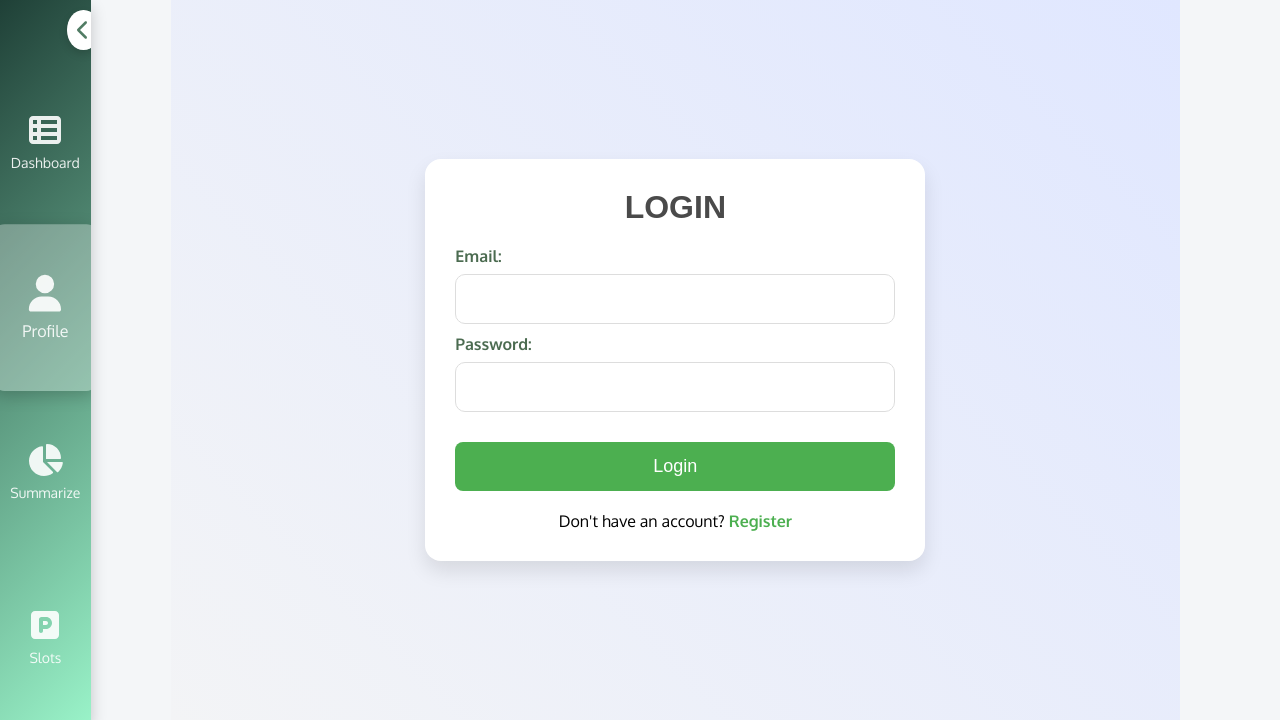
Repository: minhnhat2803/Thesis-Web-Mobile
Page: /slots (app in client/)
These files come from the project's save history. The page is drawn as it stood at one moment and after the next save; the edit follows.
The browser window is 1280 px wide. The pictures show the whole page.
The project was rebuilt for these pictures with package versions that can differ from the ones it lists, and the page was loaded fresh each time. Also part of the build but not shown: client/vite.config.js, client/src/styles/Header.module.css, client/src/components/Header.jsx, client/src/styles/pages/Dashboard.module.css, client/src/actions/index.js, client/src/components/Dashboard.jsx, client/src/styles/Table.module.css, client/src/components/Table.jsx and 3 more.

Above is the page before, as saved 2025-01-03 20:36:18.

After the next save:
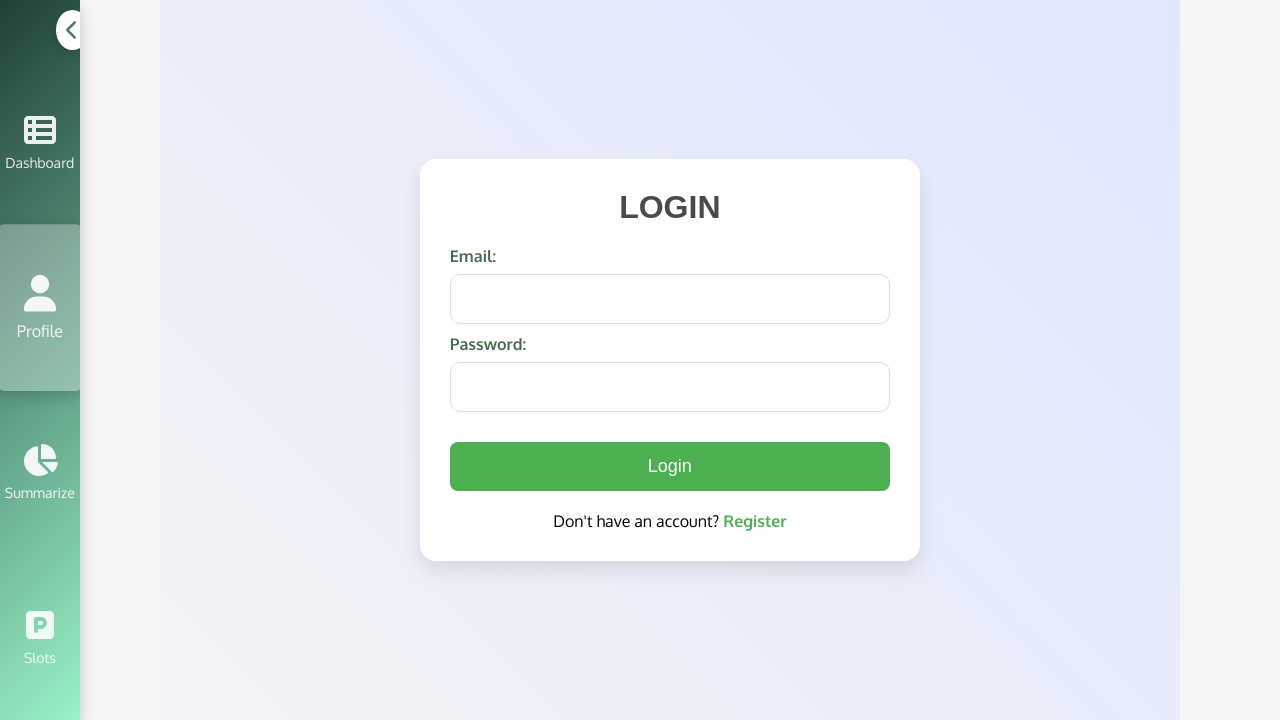
Saved 23 s later.
--- a/client/src/styles/TabBar.module.css
+++ b/client/src/styles/TabBar.module.css
@@ -1,5 +1,5 @@
 .tabBar-container {
-  width: 115px;
+  width: 100px;
   background: linear-gradient(135deg, #1f4037, #99f2c8);
   border-right: none;
   box-shadow: 0 8px 15px rgba(0, 0, 0, 0.2);
